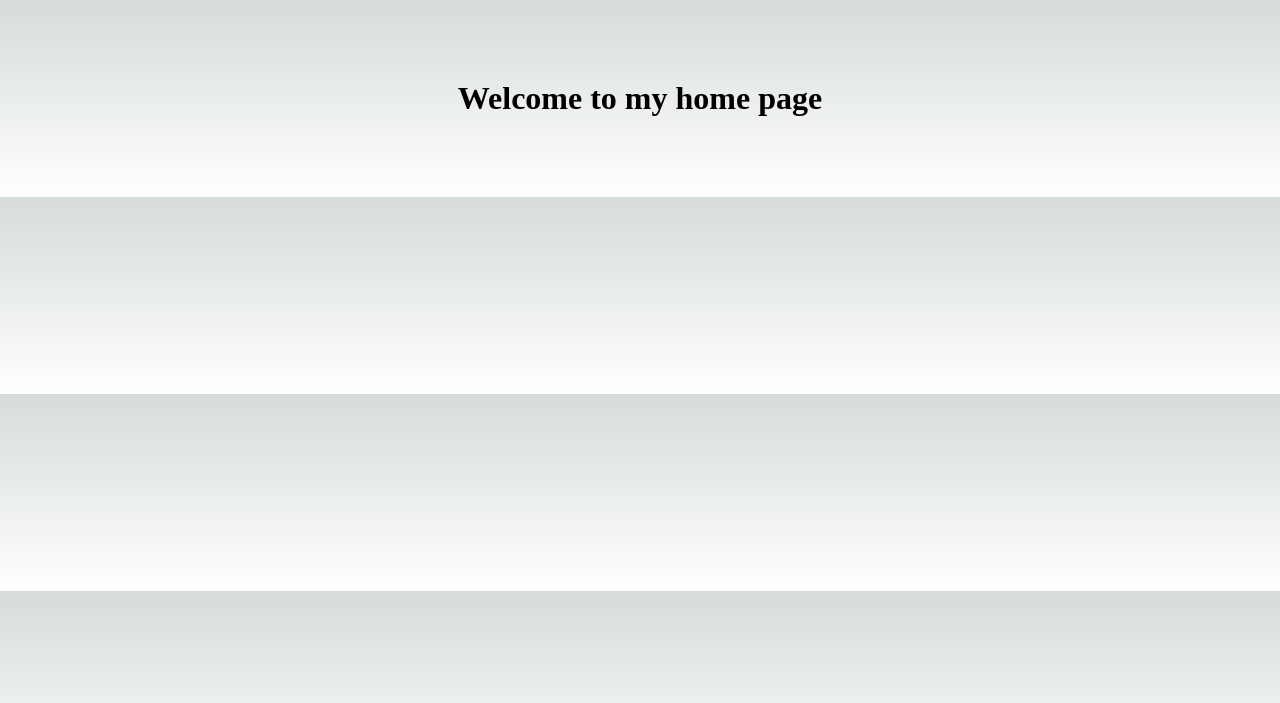
Repository: sierralaurent/MDIA2109-Week04
Page: /
An editor plug-in stored every save of this project. The page is shown before and after the next save, followed by the edit.
The browser window is 1280 px wide. The pictures show the whole page.
The project was rebuilt for these pictures with package versions that can differ from the ones it lists, and the page was loaded fresh each time. The framework's server and built-in components were replaced by stand-ins that run in the browser. Also part of the build but not shown: next.config.js.

Above is the page before, as saved 2023-01-23 15:07:40.

### pages/index.js
import Head from 'next/head'
import Image from 'next/image'
import { Inter } from '@next/font/google'
import styles from '../styles/Home.module.css'

const inter = Inter({ subsets: ['latin'] })

export default function Home() {
  return (
    <>
      <Head>
        <title>Example #1</title>
        <meta name="description" content="generated by create next app" />
        <meta name="viewport" content="width=device-width, initial-scale=1" />
        <link rel="icon" href="/favicon.ico" />
      </Head>
      <main className={styles.main}>
        <h1>Welcome to my home page</h1>
      </main>
    </>
  )
}

### styles/Home.module.css
.container {
  min-height: 100vh;
  padding: 0 0.5rem;
  display: flex;
  flex-direction: column;
  justify-content: center;
  align-items: center;
}

.main {
  padding: 5rem 0;
  flex: 1;
  display: flex;
  flex-direction: column;
  justify-content: center;
  align-items: center;
}

.footer {
  width: 100%;
  height: 100px;
  border-top: 1px solid #eaeaea;
  display: flex;
  justify-content: center;
  align-items: center;
}

.footer a {
  display: flex;
  justify-content: center;
  align-items: center;
  flex-grow: 1;
}

.title a {
  color: #0070f3;
  text-decoration: none;
}

.title a:hover,
.title a:focus,
.title a:active {
  text-decoration: underline;
}

.title {
  margin: 0;
  line-height: 1.15;
  font-size: 4rem;
}

.title,
.description {
  text-align: center;
}

.description {
  line-height: 1.5;
  font-size: 1.5rem;
}

.code {
  background: #fafafa;
  border-radius: 5px;
  padding: 0.75rem;
  font-size: 1.1rem;
  font-family: Menlo, Monaco, Lucida Console, Liberation Mono, DejaVu Sans Mono,
    Bitstream Vera Sans Mono, Courier New, monospace;
}

.grid {
  display: flex;
  align-items: center;
  justify-content: center;
  flex-wrap: wrap;
  max-width: 800px;
  margin-top: 3rem;
}

.grid__container {
  display: grid;
  grid-template-columns: auto auto auto;
  background-color: #2196F3;
  padding: 10px;
}
.grid__item {
  background-color: rgba(255, 255, 255, 0.8);
  border: 1px solid rgba(0, 0, 0, 0.8);
  padding: 20px;
  font-size: 30px;
  text-align: center;
}

.card {
  margin: 1rem;
  padding: 1.5rem;
  text-align: left;
  color: inherit;
  text-decoration: none;
  border: 1px solid #eaeaea;
  border-radius: 10px;
  transition: color 0.15s ease, border-color 0.15s ease;
  width: 45%;
}

.card:hover,
.card:focus,
.card:active {
  color: #0070f3;
  border-color: #0070f3;
}

.card h2 {
  margin: 0 0 1rem 0;
  font-size: 1.5rem;
}

.card p {
  margin: 0;
  font-size: 1.25rem;
  line-height: 1.5;
}

.logo {
  height: 1em;
  margin-left: 0.5rem;
}

@media (max-width: 600px) {
  .grid {
    width: 100%;
    flex-direction: column;
  }
}

Loaded but not shown: pages/_app.js (common file); pages/_document.js (common file); styles/globals.css (common file)

After the next save:
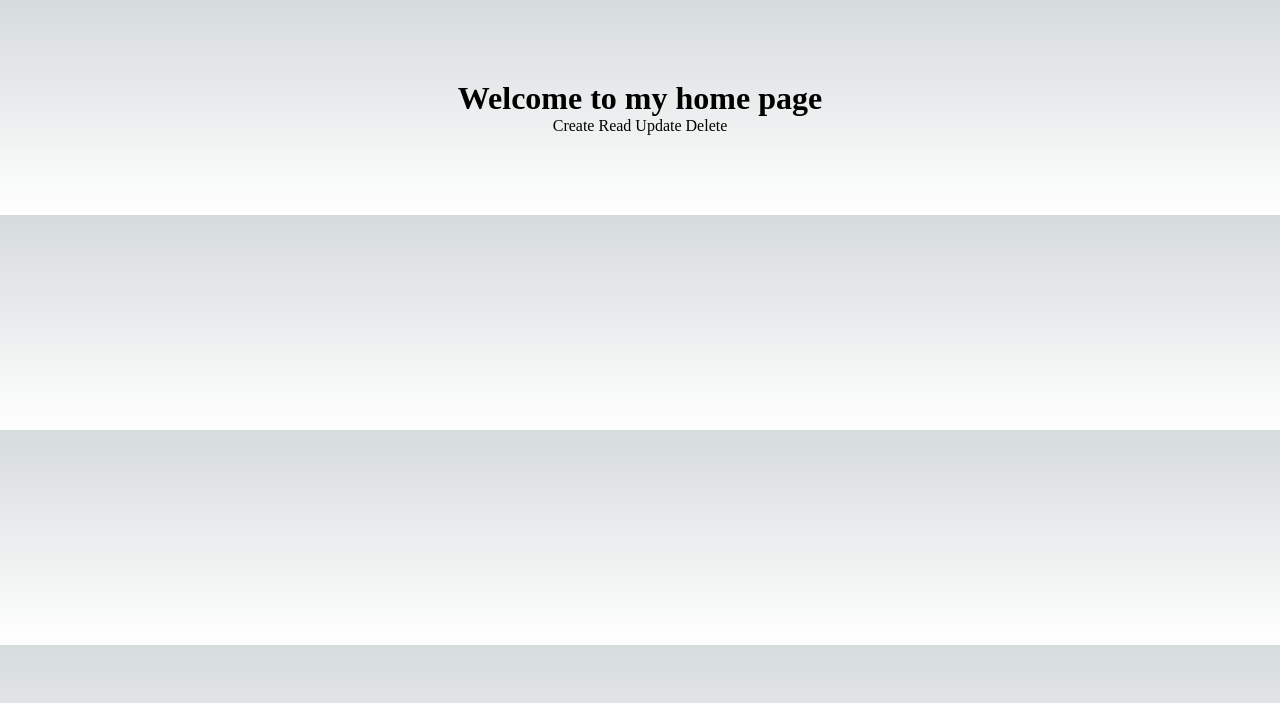
Saved 37 s later.
--- a/pages/index.js
+++ b/pages/index.js
@@ -16,6 +16,7 @@ export default function Home() {
       </Head>
       <main className={styles.main}>
         <h1>Welcome to my home page</h1>
+        <ul>Create Read Update Delete</ul>
       </main>
     </>
   )
